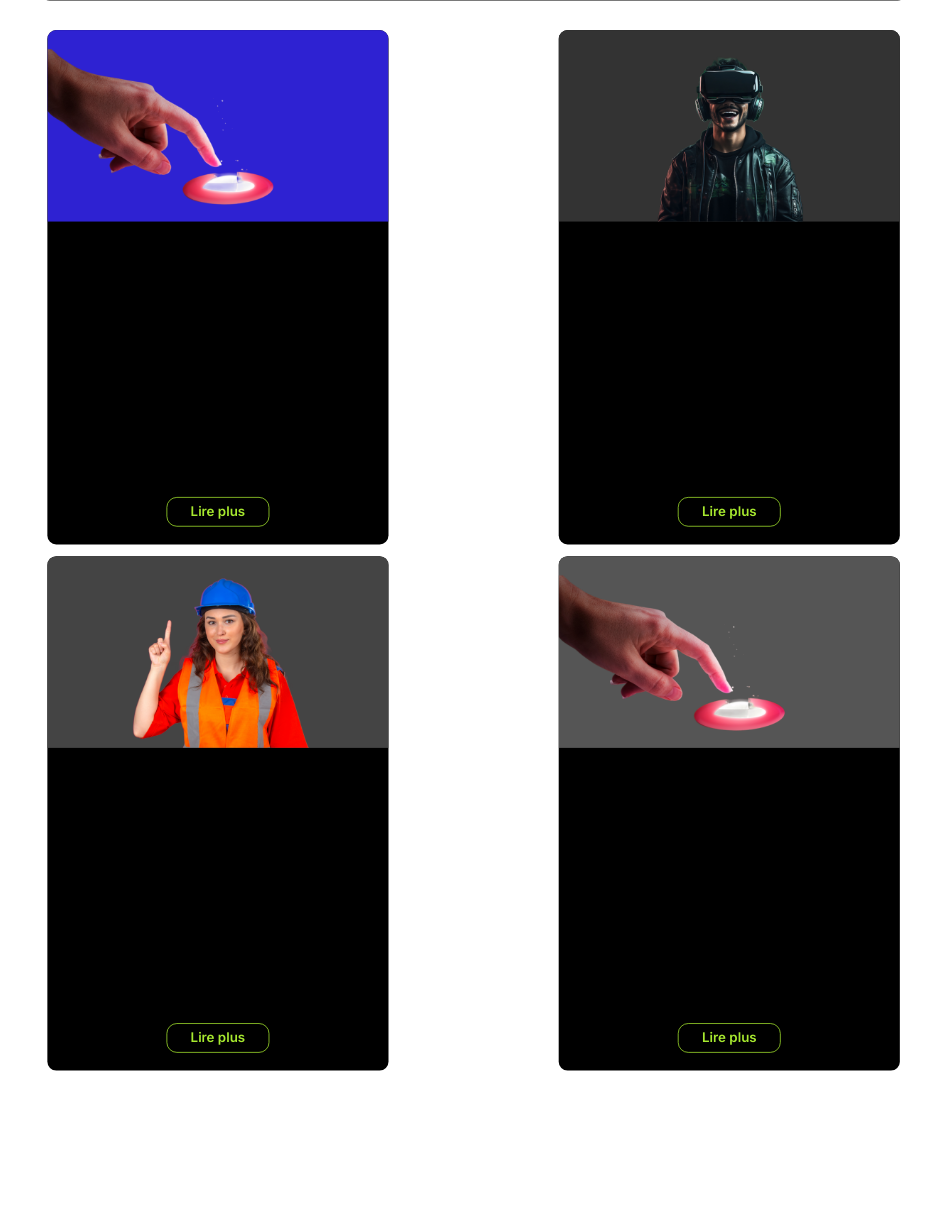
Repository: NassimeElkamari/test
Page: /blogs
The author's editor kept a copy of each file at every save. The page is drawn from the files as they stood at one save, then again after a run of saves.
The browser window is 1280 px wide. The pictures show the part of the page from y = 652 to 2298 px (the page is 2298 px tall), at 74% of full size.
The project was rebuilt for these pictures with package versions that can differ from the ones it lists, and the page was loaded fresh each time. The framework's server and built-in components were replaced by stand-ins that run in the browser. Also part of the build but not shown: next.config.mjs.

Above is the page before, as saved 2024-06-12 15:47:55.

### src/app/blogs/page.tsx
import Image from 'next/image';
import React from 'react';
import { MdDateRange } from "react-icons/md";
import BlogCard from '../../components/BlogCard';
import { cardData } from '../../data/cardData';


const Blog = () => {
  return (
    <div className='bg-white'>
      <div className='flex justify-center'>
        <h1 className="text-4xl font-bold text-center">Blog</h1>
      </div>
      <div className="relative w-[92vw] h-[85vh] mx-auto  overflow-hidden bg-black  pt-5 pl-8 flex flex-col justify-start rounded-2xl">
        <Image
          src="/bgImage.jpg"
          layout="fill"
          objectFit="cover"
          objectPosition="top"
          quality={100}
          alt="Background Image"
          className="opacity-30 bg-black"
        />
        <div className="absolute inset-0 flex flex-col justify-center text-white mt-[6%] p-4 pl-8">
          <h1 className="text-[52px] font-semibold mb-4">
          Ouvrez les portes de la connaissance <br /> avec nos Blogs stimulants
          </h1>
          <p className="text-[17px] mb-8">
          Découvrez les dernières actualités de 2peerfect dans une multitude de domaines passionnants. <br />Plongez-vous dans nos articles pour rester à jour sur les tendances les plus récentes en technologie, <br /> santé mentale, Design, Business, et bien plus encore. Avec une expertise diversifiée et des perspectives variées,<br /> 2peerfect vous offre un aperçu complet et captivant des développements les plus récents à travers différents secteurs.<br /> Ne manquez rien de ce qui se passe dans le monde, suivez 2peerfect pour rester informé et inspiré.
          </p>
          <div className="flex flex-wrap justify-between space-x-4 w-[80%]">
            <div className="bg-transparent rounded-lg shadow-md w-[15%] h-10 mb-4 border border-[#A7E92F] flex items-center justify-center">
              <h2 className="text-lg font-semibold text-center">Marketing</h2>
            </div>
            <div className="bg-transparent rounded-lg shadow-md w-[15%] h-10 mb-4 border border-[#A7E92F] flex items-center justify-center">
              <h2 className="text-lg font-semibold text-center">Design</h2>
            </div>
            <div className="bg-transparent rounded-lg shadow-md w-[15%] h-10 mb-4 border border-[#A7E92F] flex items-center justify-center">
              <h2 className="text-lg font-semibold text-center">Business</h2>
            </div>
            <div className="bg-transparent rounded-lg shadow-md w-[15%] h-10 mb-4 border border-[#A7E92F] flex items-center justify-center">
              <h2 className="text-lg font-semibold text-center">IT</h2>
            </div>
            <div className="bg-transparent rounded-lg shadow-md w-[15%] text-center h-10 mb-4 border border-[#A7E92F] flex items-center justify-center">
              <h2 className="text-lg font-semibold">Psychologie</h2>
            </div>


            {/* Add more cards as needed */}
          </div>
        </div>
      </div>
      <div className='second-section w-[90vw] mx-auto mt-10 flex justify-center'>
  <div className="flex flex-wrap gap-4 justify-between ">
  {cardData.map((card) => (
              <BlogCard
                imageSrc={card.imageSrc}
                title={card.title}
                description={card.description}
                date={card.date}
                color={card.background}
              />
          ))}
  </div>
</div>






        <div className='h-[30vh]'>

        </div>

    </div>
  );
};

export default Blog;

### src/components/BlogCard.tsx
import Image from 'next/image'
import React from 'react'
import { MdDateRange } from "react-icons/md";


const BlogCard = ({ imageSrc, title, description, date , color}) => {
  return (
    <div className='w-[40%] h-[50%] bg-black rounded-xl flex flex-col'>
    <div className="w-[100%] h-2/5 relative">
        <Image
        src={imageSrc}
        layout='responsive'
        height={100}
        width={100}
        alt="Card Image"
        className="w-full h-full rounded-t-xl "
        style={{backgroundColor: `${color}`}}
        />
    </div>
    <div className="pt-14 flex justify-center items-center flex-col px-5">
        <h1 className="text-[32px] font-semibold">{title}</h1>
        <p className="text-md mt-5">{description}</p>
    </div>
    <div className="flex items-center justify-end mt-10 mr-2">
        <MdDateRange width={70} height={70} className='mr-4'/>
        <p className="mr-2">{date}</p>
    </div>
    <div className="flex justify-center mt-8 mb-6"> {/* Added justify-center class */}
        <button className="bg-black rounded-[14px] shadow-md w-[30%] text-center h-10 border border-[#A7E92F] flex items-center justify-center">
        <h2 className="text-lg font-semibold text-[#A7E92F]">Lire plus</h2> {/* Added text-white class */}
        </button>
    </div>
    </div>
  )
}

export default BlogCard

### src/data/cardData.js
export const cardData = [
  {
    id: 1,
    imageSrc: "/card11.png",
    title: "L'impact des médias sociaux sur la santé mental",
    description: "Discuter de la façon dont les likes, les commentaires et les partages peuvent devenir une mesure de notre valeur personnelle, et comment cela peut affecter notre estime de soi et notre bien-être émotionnel...",
    date: "11 Décembre 2023",
    background: '#2e22d2' // Background color for the first card
  },
  {
    id: 2,
    imageSrc: "/card22.png",
    title: "22222L'impact des médias sociaux sur la santé mental",
    description: "Discuter de la façon dont les likes, les commentaires et les partages peuvent devenir une mesure de notre valeur personnelle, et comment cela peut affecter notre estime de soi et notre bien-être émotionnel...",
    date: "11 Décembre 2023",
    background: '#333333' // Background color for the second card
  },
  {
    id: 3,
    imageSrc: "/card33.png",
    title: "33333L'impact des médias sociaux sur la santé mental",
    description: "Discuter de la façon dont les likes, les commentaires et les partages peuvent devenir une mesure de notre valeur personnelle, et comment cela peut affecter notre estime de soi et notre bien-être émotionnel...",
    date: "11 Décembre 2023",
    background: '#444444' // Background color for the third card
  },
  {
    id: 4,
    imageSrc: "/card11.png",
    title: "44444 des médias sociaux sur la santé mental",
    description: "Discuter de la façon dont les likes, les commentaires et les partages peuvent devenir une mesure de notre valeur personnelle, et comment cela peut affecter notre estime de soi et notre bien-être émotionnel...",
    date: "11 Décembre 2023",
    background: '#555555' // Background color for the fourth card
  },
];

Loaded but not shown: src/app/layout.tsx (common file); src/app/globals.css (common file); tailwind.config.ts (common file)

After the next 3 saves:
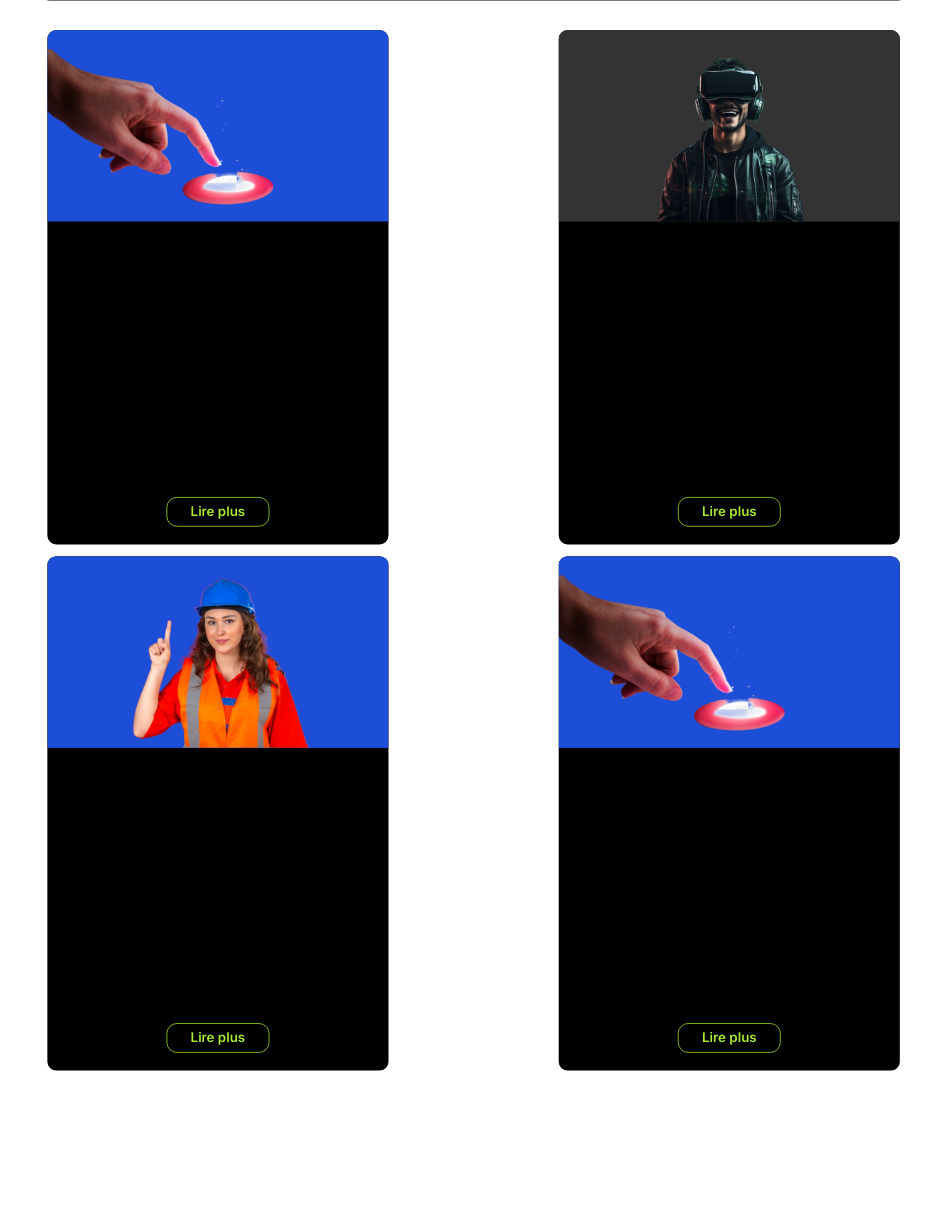
The 3 saves are shown as one change because they came seconds apart.
The last was saved 78 s later.
--- a/src/data/cardData.js
+++ b/src/data/cardData.js
@@ -5,7 +5,7 @@ export const cardData = [
     title: "L'impact des médias sociaux sur la santé mental",
     description: "Discuter de la façon dont les likes, les commentaires et les partages peuvent devenir une mesure de notre valeur personnelle, et comment cela peut affecter notre estime de soi et notre bien-être émotionnel...",
     date: "11 Décembre 2023",
-    background: '#2e22d2' // Background color for the first card
+    background: '#1D4ED8' // Background color for the first card
   },
   {
     id: 2,
@@ -21,7 +21,7 @@ export const cardData = [
     title: "33333L'impact des médias sociaux sur la santé mental",
     description: "Discuter de la façon dont les likes, les commentaires et les partages peuvent devenir une mesure de notre valeur personnelle, et comment cela peut affecter notre estime de soi et notre bien-être émotionnel...",
     date: "11 Décembre 2023",
-    background: '#444444' // Background color for the third card
+    background: '#1D4ED8' // Background color for the third card
   },
   {
     id: 4,
@@ -29,6 +29,6 @@ export const cardData = [
     title: "44444 des médias sociaux sur la santé mental",
     description: "Discuter de la façon dont les likes, les commentaires et les partages peuvent devenir une mesure de notre valeur personnelle, et comment cela peut affecter notre estime de soi et notre bien-être émotionnel...",
     date: "11 Décembre 2023",
-    background: '#555555' // Background color for the fourth card
+    background: '#1D4ED8' // Background color for the fourth card
   },
 ];
